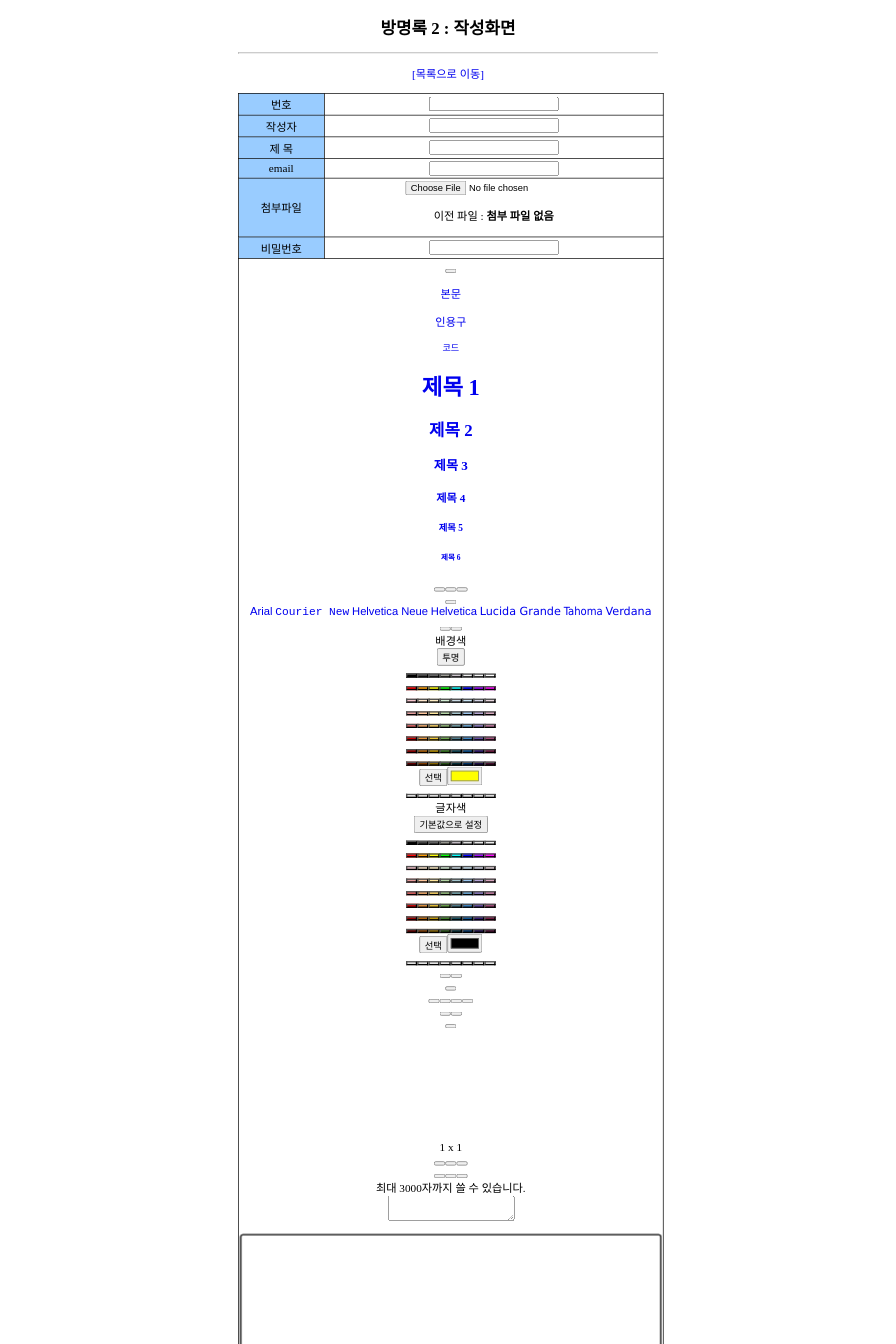
Repository: Koran1/springmvcstudy
Page: http://localhost/spring_mvc02/WEB-INF/views/guestbook2/update.jsp
An editor plug-in stored every save of this project. The page is shown before and after the next save, followed by the edit.
The browser window is 1280 px wide. The pictures show the part of the page from y = 0 to 1920 px (the page is 3040 px tall before and 1065 px after), at 70% of full size.
Some web fonts or font styles are not loaded; a fallback is used. The page is served by Tomcat 9. Nobody is signed in. Other server files are loaded and not shown. The template is opened directly, without the code that normally fills it, so the values that code supplies are empty.

Above is the page before, as saved 2024-10-23 06:39:54.

### spring_mvc02/src/main/webapp/WEB-INF/views/guestbook2/update.jsp
<%@ page language="java" contentType="text/html; charset=UTF-8"
    pageEncoding="UTF-8"%>
<%@ taglib prefix="c" uri="http://java.sun.com/jsp/jstl/core" %>
<!DOCTYPE html>
<html>
<head>
<meta charset="UTF-8">
<title>Update2</title>
<style type="text/css">
	a { text-decoration: none;}
	table{width: 600px; border-collapse:collapse; text-align: center;}
	table,th,td{border: 1px solid black; padding: 3px}
	div{width: 600px; margin:auto; text-align: center;}
</style>
</head>
<body>
<div>
		<h2>방명록 2 : 작성화면</h2>
		<hr>
		<p><a href="/guestbook2">[목록으로 이동]</a></p>
		<form action="gb2_update_ok" enctype="multipart/form-data" method="post">
			<table>

				<tr align="center">
					<td bgcolor="#99ccff">번호</td>
					<td><input type="text" name="gb2_idx" readonly value="${onelist.gb2_idx}" size ="20"></td>
				</tr>
				<tr align="center">
					<td bgcolor="#99ccff">작성자</td>
					<td><input type="text" name="gb2_name" value="${onelist.gb2_name}" size ="20" required></td>
				</tr>
				<tr align="center">
					<td bgcolor="#99ccff">제  목</td>
					<td><input type="text" name="gb2_subject" value="${onelist.gb2_subject}" size ="20" required></td>
				</tr>
				<tr align="center">
					<td bgcolor="#99ccff">email</td>
					<td><input type="text" name="gb2_email" value="${onelist.gb2_email}" size ="20" required></td>
				</tr>
				<tr align="center">
				<td bgcolor="#99ccff">첨부파일</td>
				<td><input type="file" name="gb2_f_name" size ="20"><p> 이전 파일 :
					<c:choose>
						<c:when test="${empty onelist.gb2_f_name}">
						<b>첨부 파일 없음</b>
					</c:when>
					<c:otherwise>
						 ${onelist.gb2_f_name}
					</c:otherwise>
				</c:choose>	</p>
				</td>
				</tr>
				<tr align="center">
					<td bgcolor="#99ccff">비밀번호</td>
					<td><input type="password" name="gb2_pw" id="gb2_pw" size ="20" required>
				</tr>
				<tr align="center">
					<td colspan="2">
						<textarea rows="10" cols="60" name="gb2_content" id="gb2_content">${onelist.gb2_content}</textarea>
					</td>
				</tr>
				<tfoot>
					<tr align="center">
						<td colspan="2">
							<input type="submit" value="저장">
							<input type="hidden" name="gb2_idx" value="${onelist.gb2_idx}">
							<input type="reset" value="취소">
						</td>
					</tr>
				</tfoot>
			</table>
		</form>
	</div>

	<script src="https://ajax.googleapis.com/ajax/libs/jquery/3.7.1/jquery.min.js" crossorigin="anonymous"></script>
	<script src="resources/js/summernote-lite.js" ></script>
	<script src="resources/js/lang/summernote-ko-KR.js" ></script>
	<script type="text/javascript">
		$(function() {
			$("#gb2_content").summernote({
				lang : 'ko-KR',
				height : 300,
				focus : true,
				placeholder : "최대 3000자까지 쓸 수 있습니다.",
				callbacks : {
					onImageUpload : function(files, editor) {
						for (let i = 0; i < files.length; i++) {
							sendImage(files[i], editor);
						}
					}
				}
			});
		});

		function sendImage(file, editor) {
			// FormData 객체를 전송할 때 , jQuery가 설정
		  let frm = new FormData();
		  frm.append("s_file", file);
		  $.ajax({
			  url : "/saveImg",
			  data : frm,
			  method : "post",
			  contentType : false,
			  processData : false,
			  cache : false,
			  dataType : "json",
			  success : function(data) {
				 const path = data.path;
				 const fname = data.fname ;
				 console.log(path, fname);
				 $("#gb2_content").summernote("editor.insertImage", path+"/"+fname);
			  },
			  error : function() {
				alert("읽기실패");
			}
		  });
		}
	</script>
</body>
</html>

Loaded but not shown: spring_mvc02/src/main/webapp/resources/js/summernote-lite.js (library); spring_mvc02/src/main/webapp/resources/js/lang/summernote-ko-KR.js (185 lines, source omitted); spring_mvc02/src/main/webapp/resources/css/summernote-lite.css (1505 lines, source omitted)

After the next save:
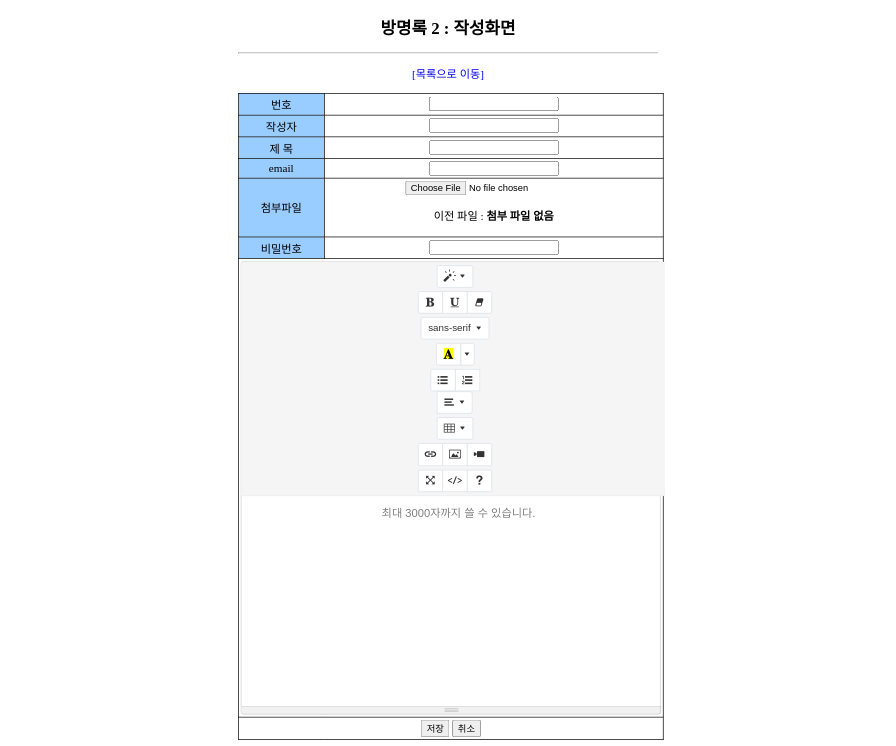
Saved 9 s later.
--- a/spring_mvc02/src/main/webapp/WEB-INF/views/guestbook2/update.jsp
+++ b/spring_mvc02/src/main/webapp/WEB-INF/views/guestbook2/update.jsp
@@ -6,6 +6,7 @@
 <head>
 <meta charset="UTF-8">
 <title>Update2</title>
+<link rel="stylesheet" href="resources/css/summernote-lite.css">
 <style type="text/css">
 	a { text-decoration: none;}
 	table{width: 600px; border-collapse:collapse; text-align: center;}
